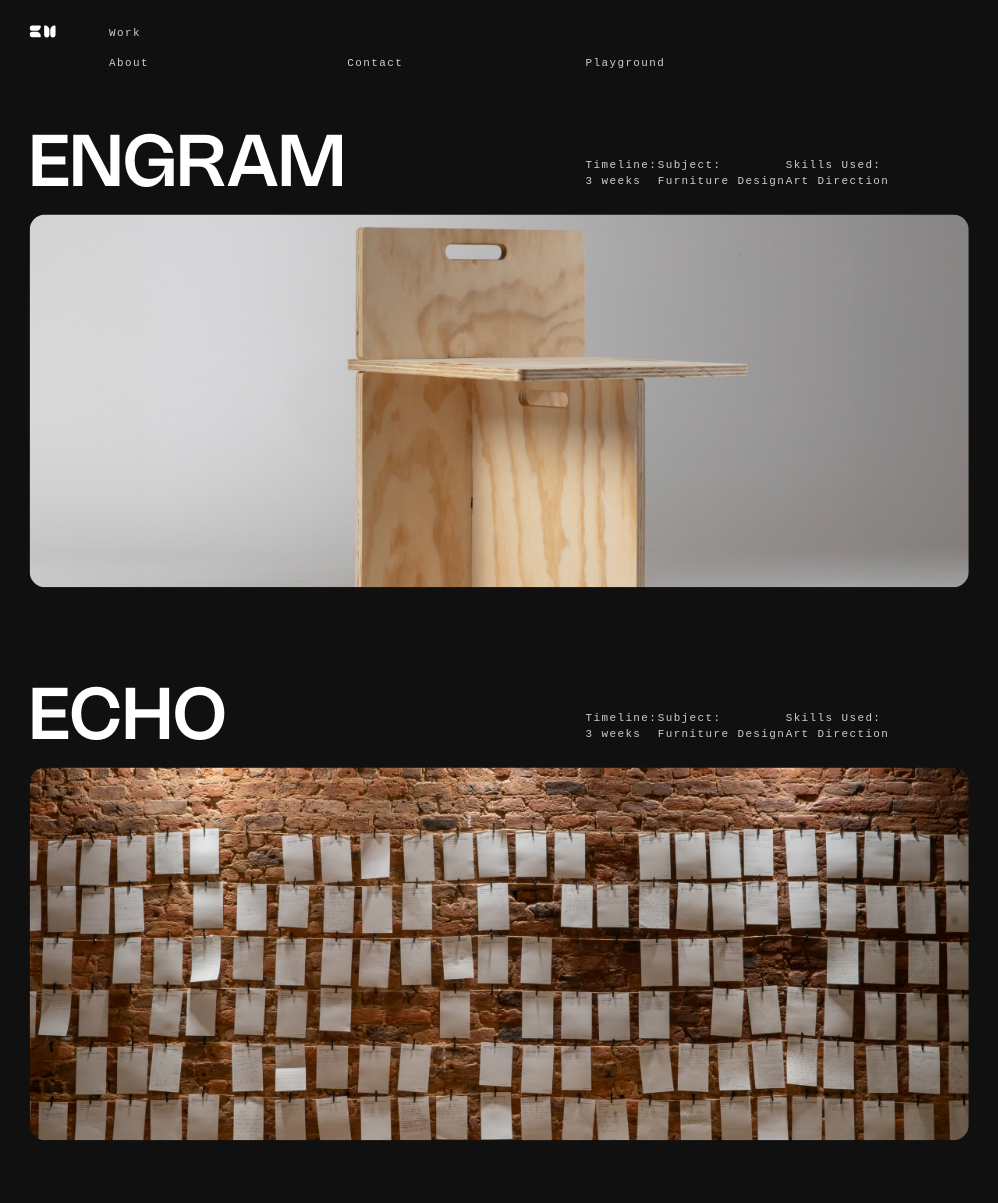
Repository: theethanwright/ethan_wright_portfolio
Page: work.html
These files come from the project's save history. The page is drawn as it stood at one moment and after the next save; the edit follows.
The browser window is 1280 px wide. The pictures show the whole page, at 78% of full size.

Above is the page before, as saved 2023-12-26 00:24:23.

After the next save:
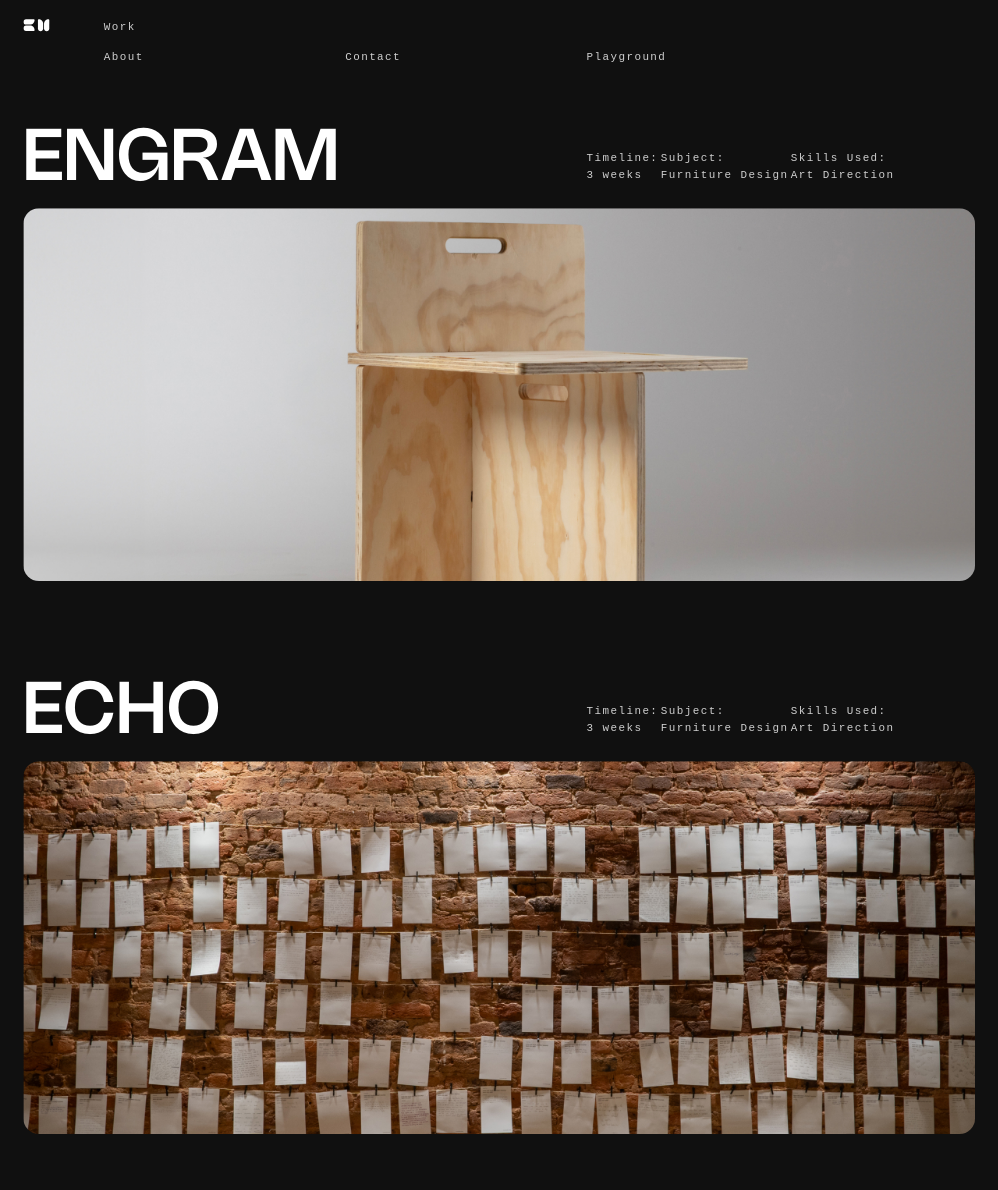
Saved 43 s later.
--- a/work/main.css
+++ b/work/main.css
@@ -35,8 +35,10 @@ p {
   body {
     box-sizing: border-box;
     display: block;
-    overflow: scroll;
+    overflow: hidden;
     background: #101010;
+    margin: 0%;
+    padding: 0%;
   }
 
   a {
